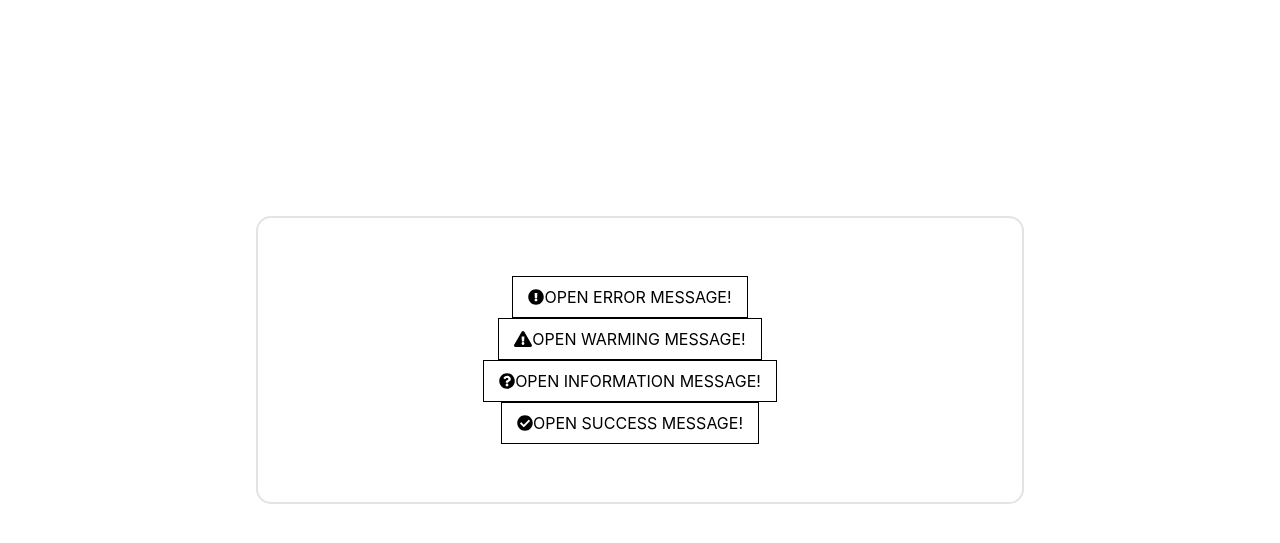
Repository: KrzysKolo/sr_tydzien5_zad2
Page: /
These files come from the project's save history. The page is drawn as it stood at one moment and after the next save; the edit follows.
The browser window is 1280 px wide. The pictures show the whole page.
The project was rebuilt for these pictures with package versions that can differ from the ones it lists, and the page was loaded fresh each time.

Above is the page before, as saved 2020-12-21 17:03:19.

After the next save:
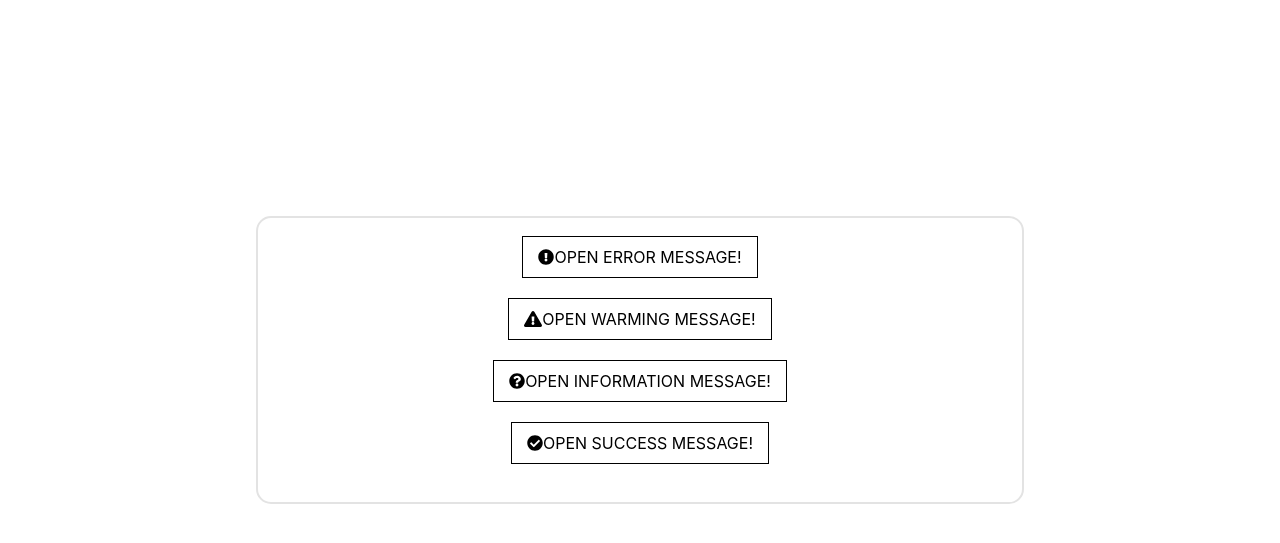
Saved 29 s later.
--- a/src/App.css
+++ b/src/App.css
@@ -24,5 +24,5 @@ body {
 .btn {
   border: 1px solid black;
   padding: 10px 15px;
-  margin-right: 20px;
+  margin-bottom: 20px;
 }
